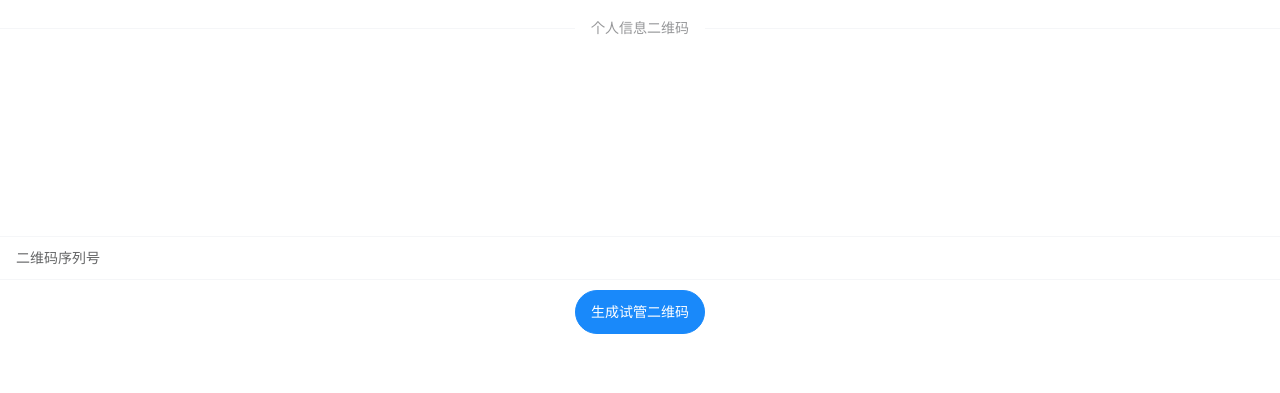
Repository: Ma-Xiao-Chao/hesuan_web
Page: /#/code
An editor plug-in stored every save of this project. The page is shown before and after the next save, followed by the edit.
The browser window is 1280 px wide. The pictures show the whole page.
The project was rebuilt for these pictures with package versions that can differ from the ones it lists, and the page was loaded fresh each time. Also part of the build but not shown: src/components/admin/login.vue, src/components/admin/common/main.vue, src/components/admin/Index.vue, src/components/admin/shiguan.vue, src/components/admin/SystemUser.vue, src/components/admin/rewu.vue, src/components/admin/ResultTable.vue, src/components/admin/UserInfo.vue.

Above is the page before, as saved 2022-11-11 17:18:16.

After the next save:
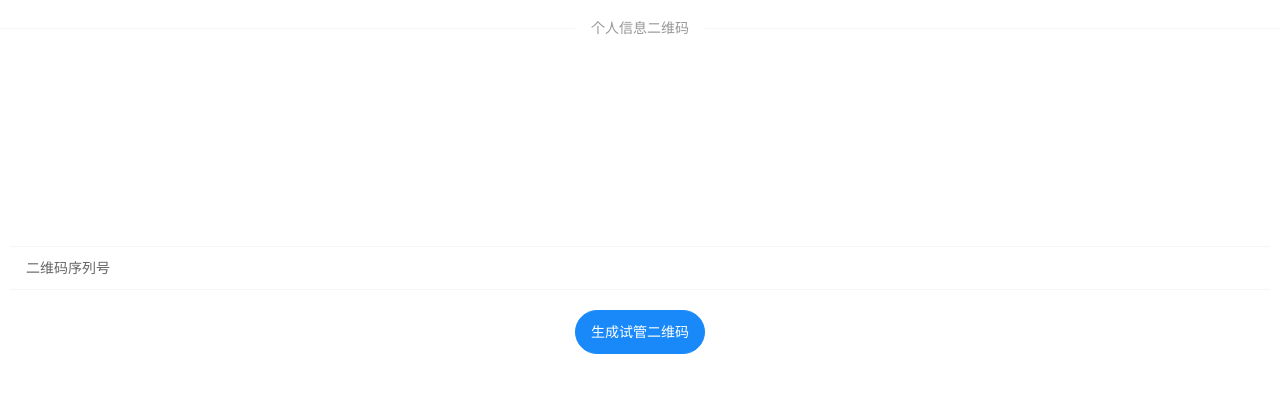
Saved 29 s later.
--- a/src/components/user/Qrcode.vue
+++ b/src/components/user/Qrcode.vue
@@ -2,7 +2,7 @@
         <div style="width: 100%" class="center">
                 <van-divider>个人信息二维码</van-divider>
                 <div class="qrcode" ref="qrCodeUrl"></div>
-                <van-cell-group>
+                <van-cell-group style="margin:10px">
                         <van-field v-model="value" label="二维码序列号" placeholder="" />
                 </van-cell-group>
                 <van-button round type="info" @click="creatQrCode()" style="margin: 10px;">生成试管二维码</van-button>
